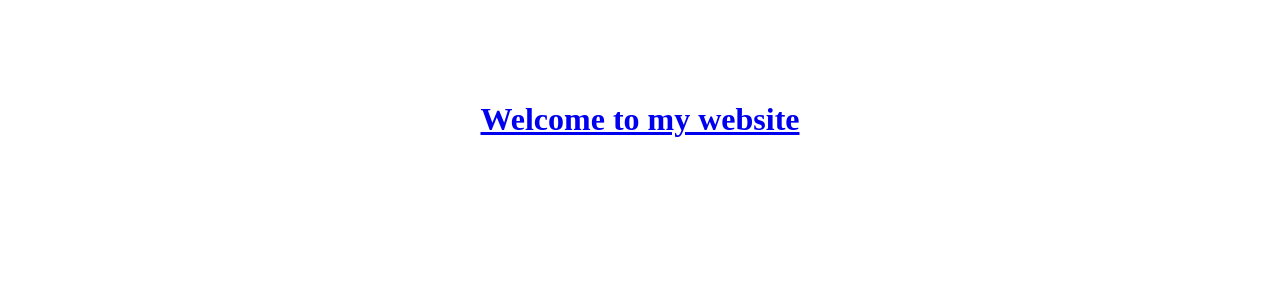
Repository: shadkhan8815/Advance-java
Page: http://localhost/Web-Project/Welcome_Index.jsp
An editor plug-in stored every save of this project. The page is shown before and after the next save, followed by the edit.
The browser window is 1280 px wide. The pictures show the whole page.
The page is served by Tomcat 9. Other server files are loaded and not shown.

Above is the page before, as saved 2025-04-23 17:52:11.

### Web-Project/WebContent/Welcome_Index.jsp
<%@ page language="java" contentType="text/html; charset=ISO-8859-1"
    pageEncoding="ISO-8859-1"%>
<!DOCTYPE html>
<html>
<head>
<meta charset="ISO-8859-1">
<title>Insert title here</title>
</head>
<body>
<br>
	<br>
	<br>
	<br>
	<h1 align="center">
		<a href="WelcomeCtl">Welcome to my website</a>
	</h1>
</body>
</html>

After the next save:
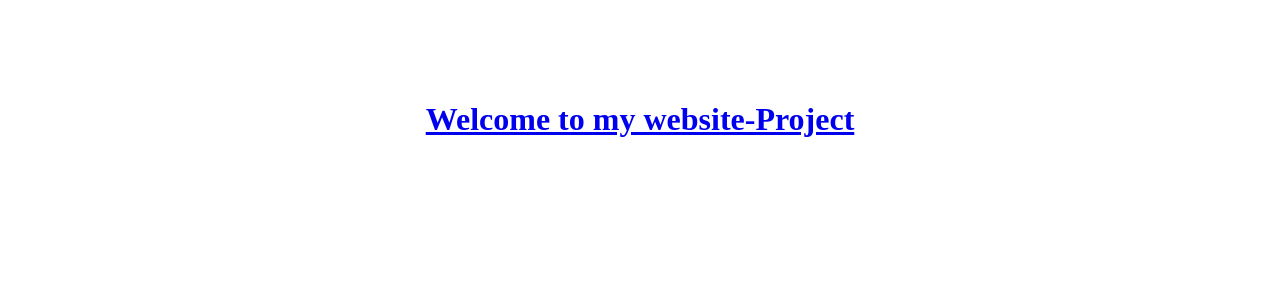
Saved 31 s later.
--- a/Web-Project/WebContent/Welcome_Index.jsp
+++ b/Web-Project/WebContent/Welcome_Index.jsp
@@ -12,7 +12,7 @@
 	<br>
 	<br>
 	<h1 align="center">
-		<a href="WelcomeCtl">Welcome to my website</a>
+		<a href="WelcomeCtl">Welcome to my website-Project</a>
 	</h1>
 </body>
 </html>
